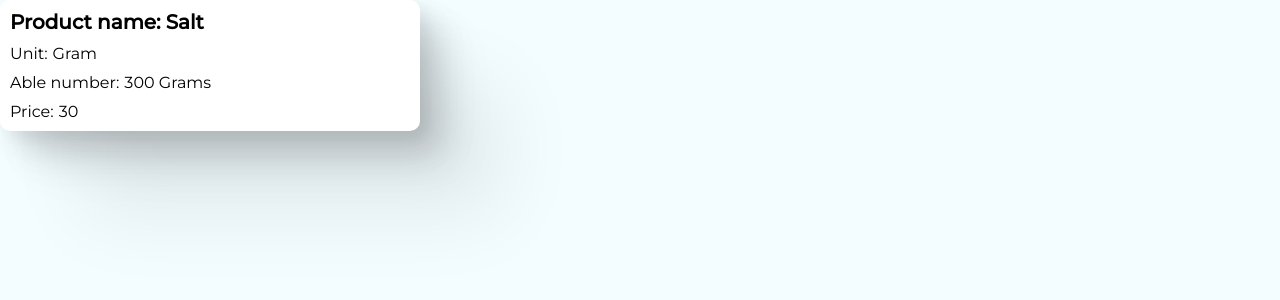
Repository: OlexandraKovach2/Vue
Page: / (app in vuexam/brila-exam/)
The author's editor kept a copy of each file at every save. The page is drawn from the files as they stood at one save, then again after the next save.
The browser window is 1280 px wide. The pictures show the whole page.
The project was rebuilt for these pictures with package versions that can differ from the ones it lists, and the page was loaded fresh each time. Also part of the build but not shown: vuexam/brila-exam/vue.config.js.

Above is the page before, as saved 2022-11-08 21:52:18.

### vuexam/brila-exam/public/index.html
<!DOCTYPE html>
<html lang="">
  <head>
    <meta charset="utf-8">
    <meta http-equiv="X-UA-Compatible" content="IE=edge">
    <meta name="viewport" content="width=device-width,initial-scale=1.0">
    <link rel="icon" href="<%= BASE_URL %>favicon.ico">
    <title><%= htmlWebpackPlugin.options.title %></title>
  </head>
  <body>
    <noscript>
      <strong>We're sorry but <%= htmlWebpackPlugin.options.title %> doesn't work properly without JavaScript enabled. Please enable it to continue.</strong>
    </noscript>
    <div id="app"></div>
    <!-- built files will be auto injected -->
  </body>
</html>

<style>

  *{
    padding: 0px;
    margin: 0px;
  }
  body{
    background-color: rgb(243, 252, 255);
  }

</style>

### vuexam/brila-exam/src/main.js
import { createApp } from 'vue'
import App from './App.vue'
import store from '@/store'

createApp(App).use(store).mount('#app')

### vuexam/brila-exam/src/App.vue
<template>
  <div>
    <ObjectTable :listData="list"/>
  </div>
</template>

<script>
  import { mapGetters } from 'vuex';
  import ObjectTable from "./components/ObjectTable";
  export default {
    name: "App",
    components: {
      ObjectTable,
    },
    computed: {
      ...mapGetters(['list']),
    },
  }
</script>

<style lang="scss" scoped>
@import url('https://fonts.googleapis.com/css2?family=Montserrat:wght@100;200;300;400;500&display=swap');
*{
  font-family: 'Montserrat', sans-serif;
}
</style>

### vuexam/brila-exam/src/store/index.js
import {createStore} from 'vuex'

const store = createStore({
    state: {
        list: [
            {
                id: 1,
                name: "Salt",
                unit: "Gram",
                count: "300",
                cost: 30
            }
        ]
    },
    getters: {
        list: state => {
            return state.list;
        }
    },
});

export default store;

### vuexam/brila-exam/src/components/ObjectTable/index.vue
<template>
    <div>
        <ObjectBase v-for="item in listData"
        :key="item.id"
        :id="item.id"
        :name="item.name"
        :unit="item.unit"
        :count="item.count"
        :cost="item.cost"
        />
    </div>
</template>

<script>
    import ObjectBase from "./ObjectBase.vue"
    export default {
        name: "ObjectTable",
        components: {
            ObjectBase,
        },
        props: {
            listData: {
                type: Array,
                default: () => []
            },
        },
    }
</script>

<style lang="scss" scoped>

</style>

### vuexam/brila-exam/src/components/ObjectTable/ObjectBase.vue
<template>
    <div class="ObjectCard">
        <div class="info-row name">
            <div>Product name: </div>
            <div>{{name}}</div>
        </div>
        <div class="info-row">
            <div>Unit: </div>
            <div>{{unit}}</div>
        </div>
        <div class="info-row">
            <div>Able number: </div>
            <div>{{count}} {{unit}}s</div>
        </div>
        <div class="info-row">
            <div>Price: </div>
            <div>{{cost}}</div>
        </div>
    </div>
</template>

<script>
    import { mapGetters } from 'vuex'
    export default {
        name: "ObjectBase",
        computed: {
        ...mapGetters(['list']),
        },
        props: {
            id: {
                type: Number,
                default: 0
            },
            name: {
                type: String,
                default: "None name"
            },
            unit: {
                type: String,
                default: "kilo"
            },
            count: {
                type: Number,
                default: 1
            },
            cost: {
                type: Number,
                default: 10
            }
        },
    }
</script>

<style lang="scss" scoped>
.ObjectCard{
    background-color: white;
    width: 400px;
    border-radius: 10px;
    box-shadow:
  6.6px 6.7px 13.7px rgba(0, 0, 0, 0.04),
  12.9px 13.2px 25.3px rgba(0, 0, 0, 0.053),
  19.2px 19.6px 34.3px rgba(0, 0, 0, 0.057),
  25.9px 26.5px 40.9px rgba(0, 0, 0, 0.057),
  35.7px 36.6px 47.2px rgba(0, 0, 0, 0.057),
  82px 84px 80px rgba(0, 0, 0, 0.07);
  display: flex;
  flex-direction: column;
  gap: 10px;
  padding: 10px;
}
.info-row{
    display: flex;
    gap: 5px;
}
.name{
    font-size: 20px;
    font-weight: 600;
}
</style>

After the next save:
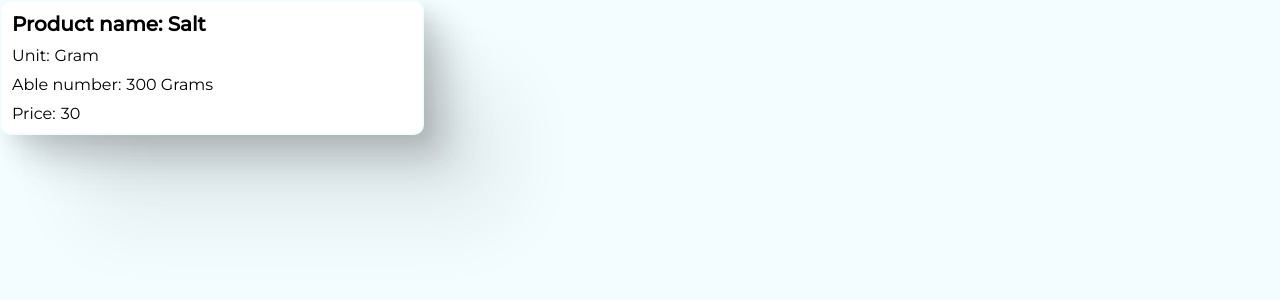
Saved 36 s later.
--- a/vuexam/brila-exam/src/components/ObjectTable/ObjectBase.vue
+++ b/vuexam/brila-exam/src/components/ObjectTable/ObjectBase.vue
@@ -56,6 +56,7 @@
     background-color: white;
     width: 400px;
     border-radius: 10px;
+    border: 2px solid rgb(243, 252, 255);
     box-shadow:
   6.6px 6.7px 13.7px rgba(0, 0, 0, 0.04),
   12.9px 13.2px 25.3px rgba(0, 0, 0, 0.053),
